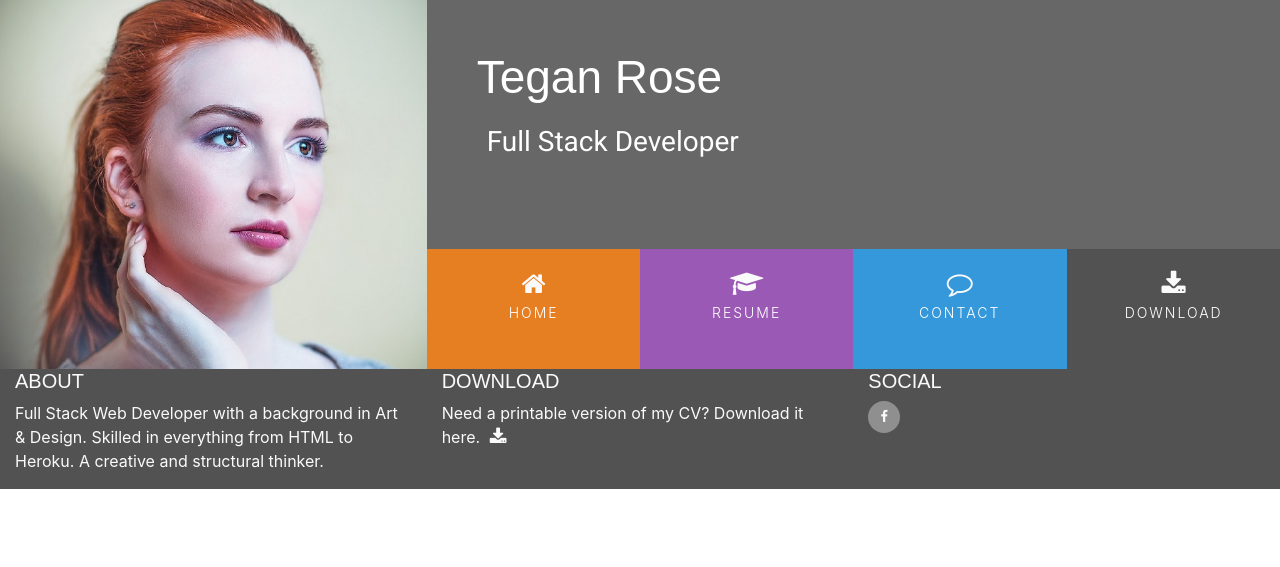
Repository: TSRose/Resume
Page: index.html
The author's editor kept a record of every edit. The page is drawn from the files as they stood at one moment, then again after the next edit.
The browser window is 1280 px wide. The pictures show the whole page.

Above is the page before.

### index.html
<!DOCTYPE html>
<html lang="en">

<head>
    <meta charset="UTF-8">
    <meta name="viewport" content="width=device-width, initial-scale=1.0">
    <meta http-equiv="X-UA-Compatible" content="ie=edge">
    <link rel="stylesheet" href="https://stackpath.bootstrapcdn.com/bootstrap/4.3.1/css/bootstrap.min.css" type="text/css" />
    <link rel="stylesheet" href="https://stackpath.bootstrapcdn.com/font-awesome/4.7.0/css/font-awesome.min.css" type="text/css" />
    <link rel="stylesheet" href="assets/css/style.css" type="text/css" />
    <link rel="stylesheet" href="https://cdnjs.cloudflare.com/ajax/libs/hover.css/2.3.1/css/hover-min.css" type="text/css" />
    <title>Tegan Rose</title>
</head>

<body>
    <header>
        <div class="row no-gutters">
            <a href="index.html" class="col-md-4 logo">

            </a>
            <div class="col-md-8">
                <div class="row no-gutters bg-color-name-title">
                    <div class="col">
                        <h1 class="name">Tegan Rose</h1>
                        <h2 class="title"> Full Stack Developer</h2>
                    </div>
                </div>
                <div class="row no-gutters">
                    <div class="col">
                        <ul id="nav" class="list-inline menucontainer">
                            <li class="col-6 col-sm-3 ui-menu-color-home list-inline-item menuitem">
                                <a href="#" class="hvr-sweep-to-bottom"><i class="fa fa-home" aria-hidden="true"></i><span>Home</span></a>
                            </li>
                            <li class="col-6 col-sm-3 ui-menu-color-resume list-inline-item menuitem">
                                <a href="#" class="hvr-sweep-to-bottom"><i class="fa fa-graduation-cap" aria-hidden="true"></i><span>Resume</span></a>
                            </li>
                            <li class="col-6 col-sm-3 ui-menu-color-contact list-inline-item menuitem">
                                <a href="#" class="hvr-sweep-to-bottom"><i class="fa fa-comment-o" aria-hidden="true"></i><span>Contact</span></a>
                            </li>
                            <li class="col-6 col-sm-3 ui-menu-color-download list-inline-item menuitem">
                                <a href="#" class="hvr-sweep-to-bottom"><i class="fa fa-download" aria-hidden="true"></i><span>Download</span></a>
                            </li>
                        </ul>
                    </div>
                </div>
            </div>
        </div>
    </header>
    <section>

    </section>
    <footer class="container-fluid">
        <div class="row">
            <div class="col-sm-4">
                <h5 class="uppercase general-sub">About</h5>
                <p class="inline-block">
                    Full Stack Web Developer with a background in Art & Design. Skilled in everything from HTML to Heroku. A creative and structural thinker.
                </p>
            </div>
            <div class="col-sm-4">
                <h5 class="uppercase general-sub">Download</h5>
                <p class="inline-block">
                    Need a printable version of my CV? Download it here.
                    <a href="#" target="_blank" class="cv-pdf">
                        <i class="fa fa-download" aria-hidden="true"></i>
                        <span class="sr-only">Download link.</span>
                    </a>
                </p>
            </div>
            <div class="col-sm-4">
                <h5 class="uppercase general-sub">Social</h5>
                <ul class="list-inline social-links">
                    <li class="list-inine-item">
                        <a target="_blank" href="#">
                        <i class="fa fa-facebook" aria-hidden="true"></i>
                        <span class="sr-only">Facebook</span>
                        </a>
                    </li>
                </ul>
            </div>
        </div>
    </footer>
</body>

</html>

### assets/css/style.css
@import url('https://fonts.googleapis.com/css?family=Roboto&display=swap:100,200,300,400,500,600,700 | Exo:100,200,300,400,500,600,700');

/*------------------------------------Colours */

.bg-color-name-title {
    background-color: #676767;
}

.ui-menu-color-home {
    background-color: #e67e22;
}

.ui-menu-color-resume {
    background-color: #9b59b6;
}

.ui-menu-color-contact {
    background-color: #3498db;
}

.ui-menu-color-download {
    background-color: #525252;
}

/*------------------------------------Special paddings/margins/text */

h1,
h2,
h3,
h4 {
    margin: 0;
}

.uppercase {
    text-transform: uppercase;
}

.general-sub {
    font-family: "Exo", sans-serif;
    font-weight: 300;
    color: #fafafa;
}

.inline-block {
    display: inline-block;
}

/*------------------------------------Headings */

header {
    margin: 0;
}

.heading {
    margin-left: 50px;
}

.logo {
    background: url("../images/logo.jpg");
    background-position: center;
    background-repeat: no-repeat;
    background-size: cover;
    min-height: 360px;
    transition: all .5s ease-in-out;
    -moz-transition: all .5s ease-in-out;
    -webkit-transition: all .5s ease-in-out;
}

.name {
    font-family: "Exo", sans-serif;
    font-weight: 100;
    font-size: 46px;
    margin-top: 50px;
    margin-left: 50px;
    color: #fff;
}

.title {
    font-family: "Roboto", sans-serif;
    font-weight: 200;
    font-size: 28px;
    margin-top: 20px;
    margin-bottom: 90px;
    margin-left: 60px;
    color: #fff;
}

.list-inline-item:not(:last-child) {
    margin: 0;
}

.menucontainer {
    font-size: 0;
}

#nav {
    margin: 0;
}

#nav li {
    font-size: 14px;
    padding: 0;
}

.menuitem {
    height: 120px;
    text-align: center;
    padding: 0;
}

.menuitem a {
    width: 100%;
    text-decoration: 0;
    color: #fff;
    height: 120px;
}

.menuitem a i {
    padding-top: 22px;
    display: block;
    color: #fafafa;
    font-size: 26px;
}

.menuitem span {
    display: block;
    width: 100%;
    padding-top: 5px;
    text-align: center;
    text-transform: uppercase;
    font-size: 14px;
    font-weight: 300;
    letter-spacing: 2px;
}

/*------------------------------------Hover.css */

.hvr-sweep-to-bottom:before {
    background-color: rgba(0, 0, 0, 0.2) !important;
    height: 120px;
}

/*------------------------------------Footer */

footer {
    background-color: #525252;
    color: #fafafa;
    min-height: 120px;
    margin: 0;
}

.cv-pdf i {
    font-size: 18px;
    color: #fafafa;
    text-align: center;
    padding-left: 5px;
    transition: all 0.35s ease-in-out;
    -moz-transition: all 0.35s ease-in-out;
    -webkit-transition: all 0.35s ease-in-out;
    -o-transition: all 0.35s ease-in-out;
}

.cv-pdf i:hover {
    color: #e84610;
}

.social-links {
    padding-bottom: 15px;
}

.social-links li a i {
    width: 32px;
    height: 32px;
    padding: 12px 0;
    border-radius: 50%;
    font-size: 13px;
    line-height: 7px;
    text-align: center;
    color: #fafafa;
    background: #8f8f8f;
    transition: all 0.35s ease-in-out;
    -moz-transition: all 0.35s ease-in-out;
    -webkit-transition: all 0.35s ease-in-out;
    -o-transition: all 0.35s ease-in-out;
}

After the next edit:
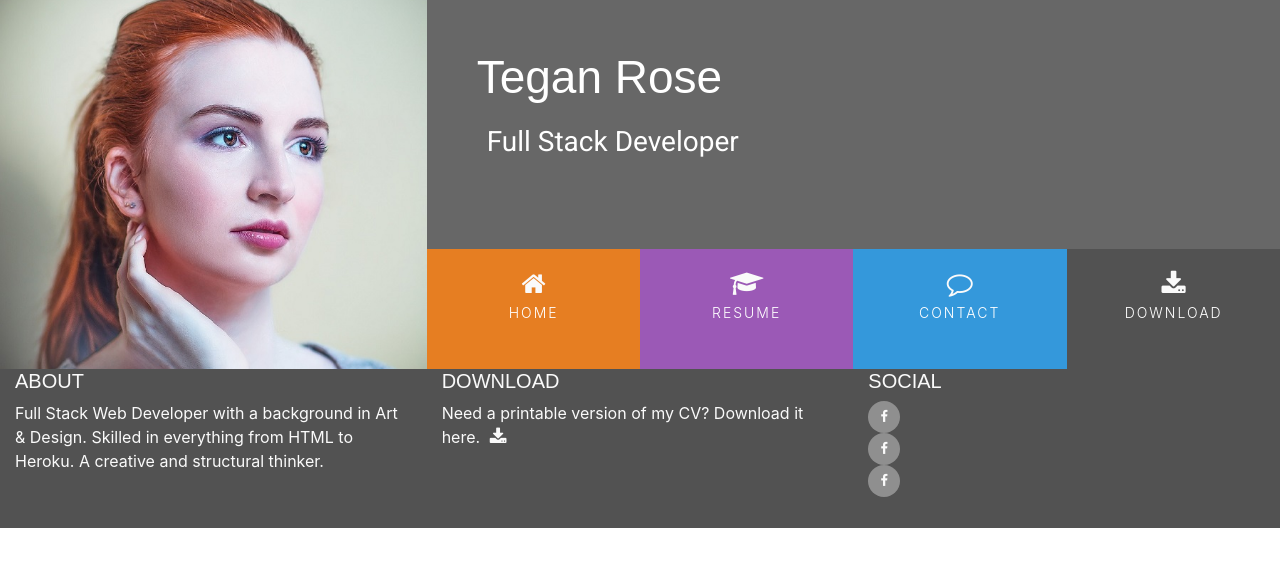
The edit:
--- a/index.html
+++ b/index.html
@@ -76,6 +76,17 @@
                         <span class="sr-only">Facebook</span>
                         </a>
                     </li>
+                                        <li class="list-inine-item">
+                        <a target="_blank" href="#">
+                        <i class="fa fa-facebook" aria-hidden="true"></i>
+                        <span class="sr-only">Facebook</span>
+                        </a>
+                    </li>                    <li class="list-inine-item">
+                        <a target="_blank" href="#">
+                        <i class="fa fa-facebook" aria-hidden="true"></i>
+                        <span class="sr-only">Facebook</span>
+                        </a>
+                    </li>
                 </ul>
             </div>
         </div>
